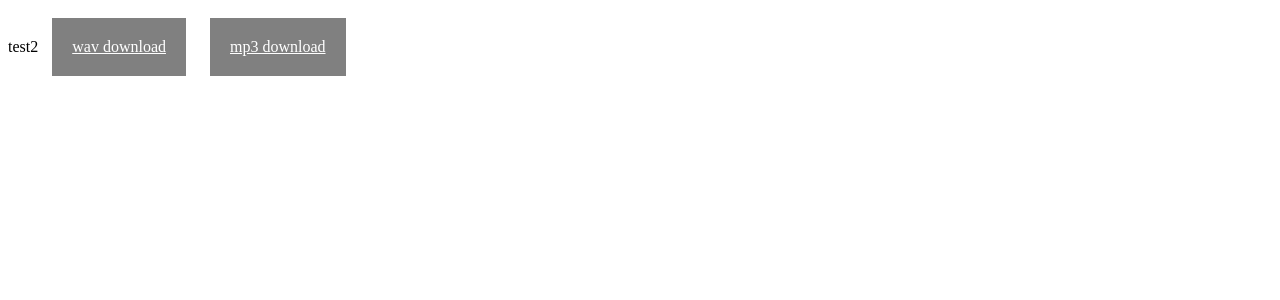
Repository: msminsu/msminsu.github.io
Page: test.html
An editor plug-in stored every save of this project. The page is shown before and after the next save, followed by the edit.
The browser window is 1280 px wide. The pictures show the whole page.

Above is the page before, as saved 2018-07-23 10:47:21.

### test.html
<!DOCTYPE html>
<html lang="en">
<head>
    <meta charset="UTF-8">
    <title>Title</title>
    <style>
        a{display: inline-block;padding: 20px; margin: 10px;background: gray; color:#fff}
    </style>
</head>
<body>
test2
<a href="amp3.mp3" class="">wav download</a>
<a href="awav.wav" class="">mp3 download</a>
</body>
</html>

After the next save:
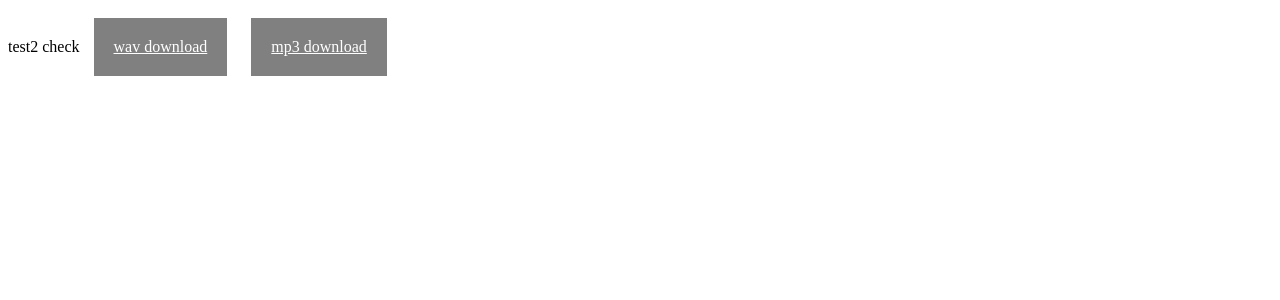
Saved 8 min 58 s later.
--- a/test.html
+++ b/test.html
@@ -8,7 +8,7 @@
     </style>
 </head>
 <body>
-test2
+test2 check
 <a href="amp3.mp3" class="">wav download</a>
 <a href="awav.wav" class="">mp3 download</a>
 </body>
